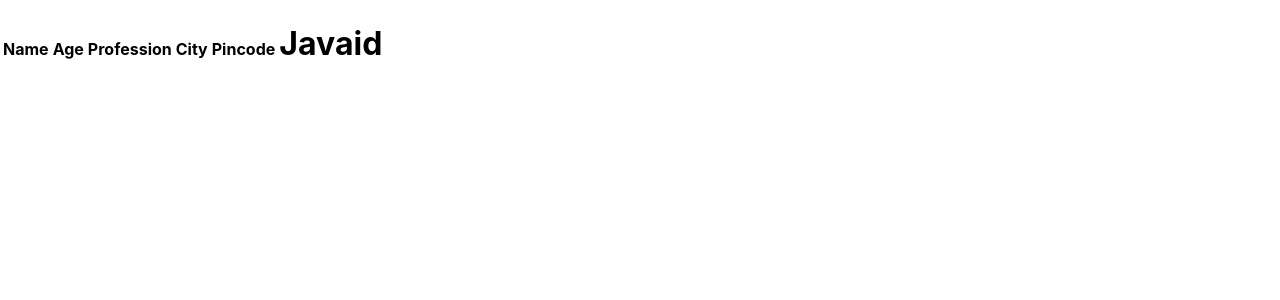
Repository: JavaidAhmadKhan/framer-motion-reacr
Page: /
The author's editor kept a copy of each file at every save. The page is drawn from the files as they stood at one save, then again after a run of saves.
The browser window is 1280 px wide. The pictures show the whole page.
The project was rebuilt for these pictures with package versions that can differ from the ones it lists, and the page was loaded fresh each time.

Above is the page before, as saved 2022-05-19 17:37:49.

### src/App.js
import { Component } from "react";

import "./App.css";
class App extends Component {
  constructor() {
    console.log("constructor");
    super();
    console.log("super");
    this.state = {
      name: "Javaid",
      age: 30,
      profession: "Software Engineer",
      address: {
        city: "Srinagar",
        pincode: "190001",
      },
    };
  }

  render() {
    console.log("render");
    return (
      <div className="App">
        <table>
          <th>Name</th>
          <th>Age</th>
          <th>Profession</th>
          <th>City</th>
          <th>Pincode</th>
          <td>
            <h1>{this.state.name}</h1>
          </td>
          {/* <h2>{this.state.profession}</h2>
          <h2>{this.state.address.city}</h2>
          <h2>{this.state.address.pincode}</h2> */}
        </table>
      </div>
    );
  }
}

export default App;

Loaded but not shown: public/index.html (common file); src/index.js (common file); src/index.css (common file); src/reportWebVitals.js (common file); src/App.css (common file)

After the next 2 saves:
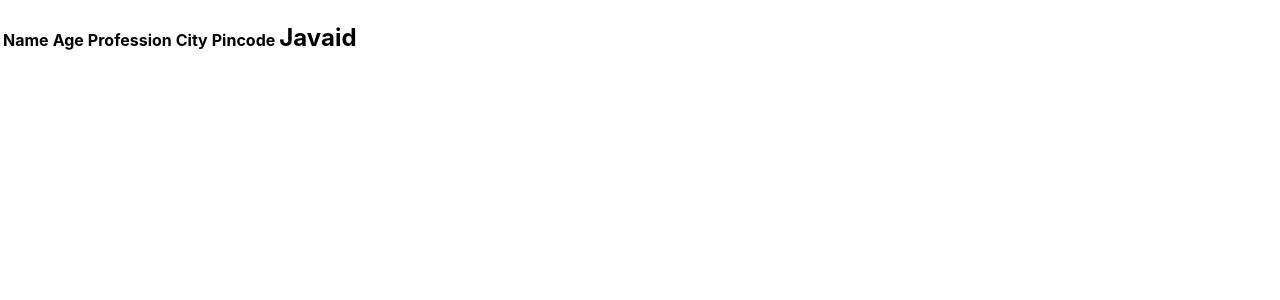
The 2 saves are shown as one change because they came seconds apart.
The last was saved 10 s later.
--- a/src/App.js
+++ b/src/App.js
@@ -28,7 +28,7 @@ class App extends Component {
           <th>City</th>
           <th>Pincode</th>
           <td>
-            <h1>{this.state.name}</h1>
+            <h2>{this.state.name}</h2>
           </td>
           {/* <h2>{this.state.profession}</h2>
           <h2>{this.state.address.city}</h2>
